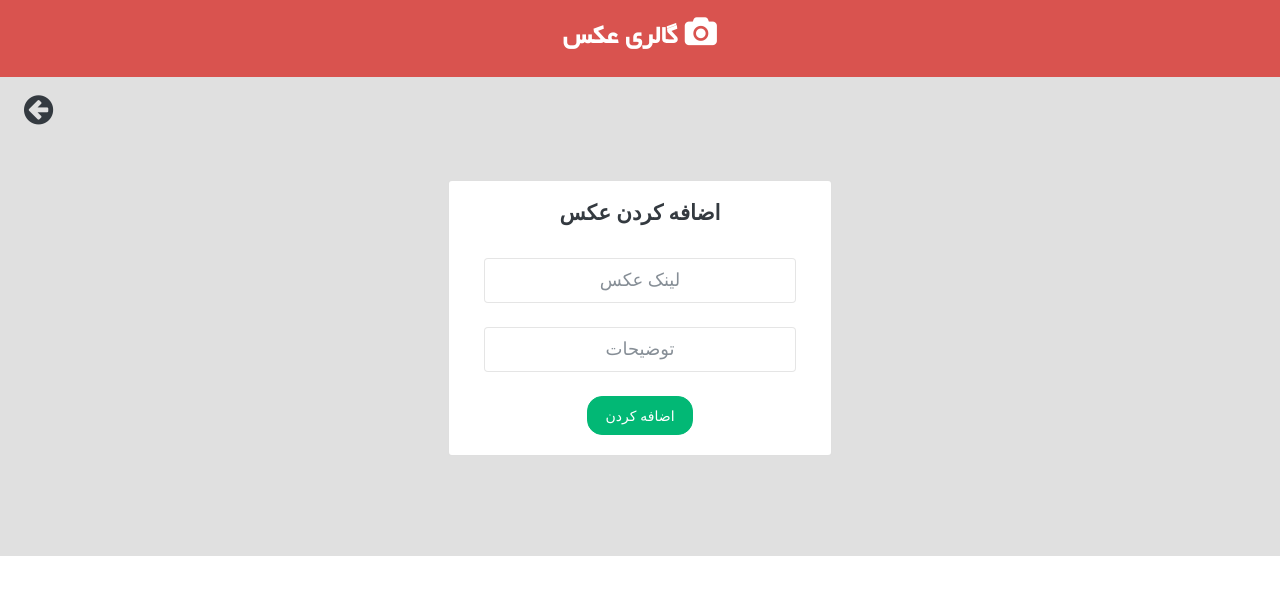
Repository: sadegh1379/PhotoWall-app
Page: /addphoto
These files come from the project's save history. The page is drawn as it stood at one moment and after a run of saves; the edit follows.
The browser window is 1280 px wide. The pictures show the whole page.
The project was rebuilt for these pictures with package versions that can differ from the ones it lists, and the page was loaded fresh each time. Also part of the build but not shown: src/Component/Photo.js, src/Component/PhotoWall.js.

Above is the page before, as saved 2020-02-22 13:31:52.

### public/index.html
<!DOCTYPE html>
<html lang="en">
  <head>
    <meta charset="utf-8" />
    <link rel="icon" href="%PUBLIC_URL%/favicon.ico" />
    <meta name="viewport" content="width=device-width, initial-scale=1" />
    <meta name="theme-color" content="#000000" />
    <link rel="stylesheet" href="https://stackpath.bootstrapcdn.com/font-awesome/4.7.0/css/font-awesome.min.css">
    <meta
      name="description"
      content="Web site created using create-react-app"
    />
    <link rel="apple-touch-icon" href="%PUBLIC_URL%/logo192.png" />
    <!--
      manifest.json provides metadata used when your web app is installed on a
      user's mobile device or desktop. See https://developers.google.com/web/fundamentals/web-app-manifest/
    -->
    <link rel="manifest" href="%PUBLIC_URL%/manifest.json" />
    <!--
      Notice the use of %PUBLIC_URL% in the tags above.
      It will be replaced with the URL of the `public` folder during the build.
      Only files inside the `public` folder can be referenced from the HTML.

      Unlike "/favicon.ico" or "favicon.ico", "%PUBLIC_URL%/favicon.ico" will
      work correctly both with client-side routing and a non-root public URL.
      Learn how to configure a non-root public URL by running `npm run build`.
    -->
    <title>React App</title>
  </head>
  <body>
    <noscript>You need to enable JavaScript to run this app.</noscript>
    <div id="root"></div>
    <!--
      This HTML file is a template.
      If you open it directly in the browser, you will see an empty page.

      You can add webfonts, meta tags, or analytics to this file.
      The build step will place the bundled scripts into the <body> tag.

      To begin the development, run `npm start` or `yarn start`.
      To create a production bundle, use `npm run build` or `yarn build`.
    -->
  </body>
</html>

### src/App.js
import React , { Component } from 'react';
import { BrowserRouter as Router , Route, Switch } from 'react-router-dom';
import Title from './Component/Title';
import PhotoWall from './Component/PhotoWall';
import './bootswatch.css';
import AddPhoto from './Component/AddPhoto';
import './App.css';

class App extends Component {

  constructor(){

      super()

      this.state = {
        posts : [
          {
            id : "0" ,
            description : "صادق اکبری" ,
            imageLink : "https://dkt6rvnu67rqj.cloudfront.net/cdn/ff/tpWy09V5tfN_Il2UBj8nPU4FZvPDpNBQSecbyXiqbuM/1574345660/public/styles/322x405/public/media/int_files/1008357.jpg?itok=c5qoLzeh"
          },
          {
           id : "1" ,
           description : "علی میرزایی" ,
           imageLink : "https://dkt6rvnu67rqj.cloudfront.net/cdn/ff/tpWy09V5tfN_Il2UBj8nPU4FZvPDpNBQSecbyXiqbuM/1574345660/public/styles/322x405/public/media/int_files/1008357.jpg?itok=c5qoLzeh"
         }
         ,{
           id : "5" ,
           description :" سارا ممبینی" ,
           imageLink :"https://thetyee.ca/Culture/2017/10/31/FawnLawn.jpg"

         },
         {
          id : "6" ,
          description : "صادق اکبری" ,
          imageLink : "https://dkt6rvnu67rqj.cloudfront.net/cdn/ff/tpWy09V5tfN_Il2UBj8nPU4FZvPDpNBQSecbyXiqbuM/1574345660/public/styles/322x405/public/media/int_files/1008357.jpg?itok=c5qoLzeh"
        },
        {
         id : "7" ,
         description : "علی میرزایی" ,
         imageLink : "https://www.iata.org/contentassets/d7c512eb9a704ba2a8056e3186a31921/cargo_live_animals_parrot.jpg?w=330&h=200&mode=crop&scale=both&v=20191213012337"
       }
       ,{
         id : "8" ,
         description :" سارا ممبینی" ,
         imageLink :"https://images.unsplash.com/photo-1497752531616-c3afd9760a11?ixlib=rb-1.2.1&w=1000&q=80"

       }
        ]

    }
  }

// Remove post
 onRemovePost = (removedPost) =>{

      this.setState((state)=>({
          posts : state.posts.filter(post => post !== removedPost)
      }))

  }

  render(){
      return (
        <div className="body">
              <Router>
                  <Title title="گالری عکس"/>
                  <Switch>

                      <Route exact path="/" render={()=>(
                              <div>
                                  <PhotoWall onRemovePost={this.onRemovePost} posts={this.state.posts}/>
                              </div>
                      )}/>

                        <Route exact path="/addphoto" component={AddPhoto}/>
                </Switch>
            </Router>
        </div>
      );
}
}

export default App;

### src/Component/Title.js
import React from 'react';
import PropTypes from 'prop-types';


function Title(props) {
    return (
            <p className=" bg-danger text-white py-3 p-title text-center">{props.title} <span className="fa fa-camera"></span></p>
    )
}

Title.propTypes = {
    title : PropTypes.string.isRequired
}

export default Title;

### src/Component/AddPhoto.js
import React, { Component } from 'react'
import { Link } from 'react-router-dom';

export class AddPhoto extends Component {
    render() {
        return (
            <div>
                <Link to="/"></Link>
                <i className="fa fa-arrow-circle-left fa-2x mx-4" ></i>

                    <div className="card form-card card-body  container">
                        <h5 className=" text-center">اضافه کردن عکس</h5>
                                <form className="container add-form">
                                    <input type="text" placeholder="لینک عکس" className="form-control my-4 text-center"/>
                                    <input type="text" placeholder="توضیحات" className="form-control text-center" />
                                    <div className="d-flex justify-content-center mt-4">
                                            <button type="submit" className="btn btn-success ">اضافه کردن</button>
                                    </div>

                                </form>
                    </div>
            </div>
        )
    }
}

export default AddPhoto;

### src/App.css
.p-title{
    font-size: 30px;
    color:white ;
    font-weight: bolder;
    font-family: 'Byekan';
}

.body{
    font-family: 'Brekan';
    background-color: #E0E0E0;
    padding-bottom: 100px;
}

 .photo-grid{
    /* max-width: 1000px; */
    margin: 0 auto;
    display: flex;
    flex-wrap: wrap;
    justify-content: center;
}

@font-face{
    font-family: 'Byekan';
    src:url('./Component/fonst/Yekan.ttf');
}

.photo-card{
  margin: 10px 10px;
  box-shadow: 5px 5px 5px 5px #888888;
}

.add-icon{
    text-align: center;
    margin: 20px auto;
    color:white  !important;
    background-color: rgb(62, 112, 75);
    padding: 20px;
    border-radius: 70px;

}

.add-form input{

    font-size: 18px;
    color:black;
}

.form-card{
    width: 30%;
    margin-top: 50px;
}

Loaded but not shown: src/index.js (common file); src/index.css (common file); src/bootswatch.css (library)

After the next 3 saves:
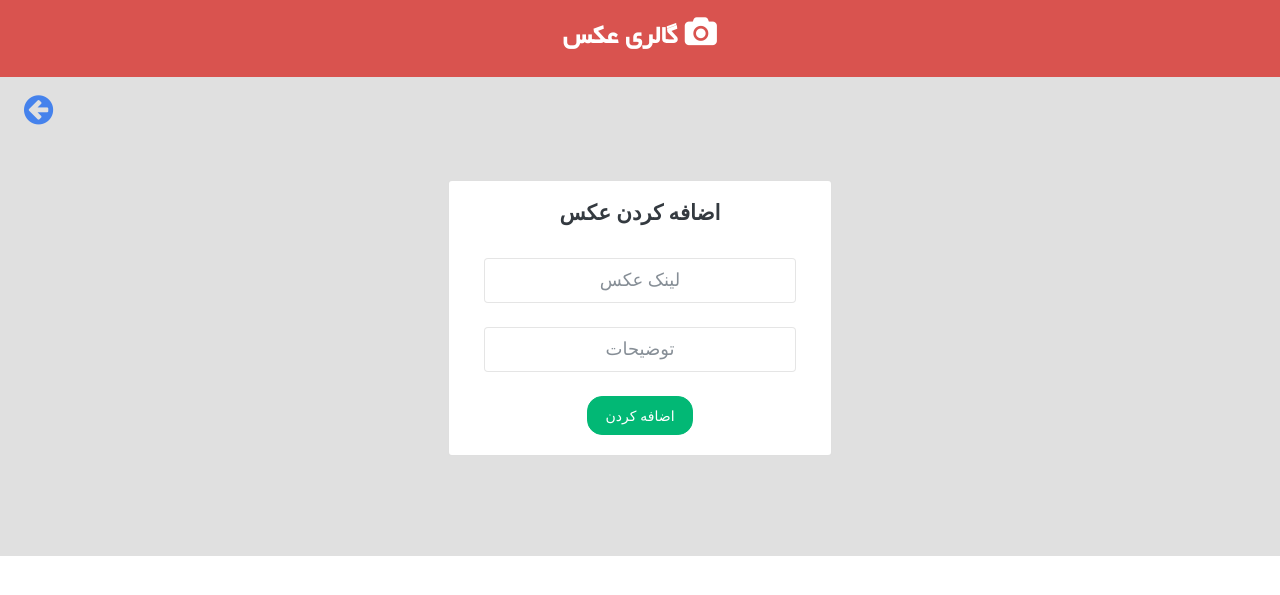
The 3 saves are shown as one change because they came seconds apart.
The last was saved 12 s later.
--- a/src/Component/AddPhoto.js
+++ b/src/Component/AddPhoto.js
@@ -5,8 +5,10 @@ export class AddPhoto extends Component {
     render() {
         return (
             <div>
-                <Link to="/"></Link>
-                <i className="fa fa-arrow-circle-left fa-2x mx-4" ></i>
+                <Link to="/">
+                     <i className="fa fa-arrow-circle-left fa-2x mx-4" ></i>
+                </Link>
+
 
                     <div className="card form-card card-body  container">
                         <h5 className=" text-center">اضافه کردن عکس</h5>
